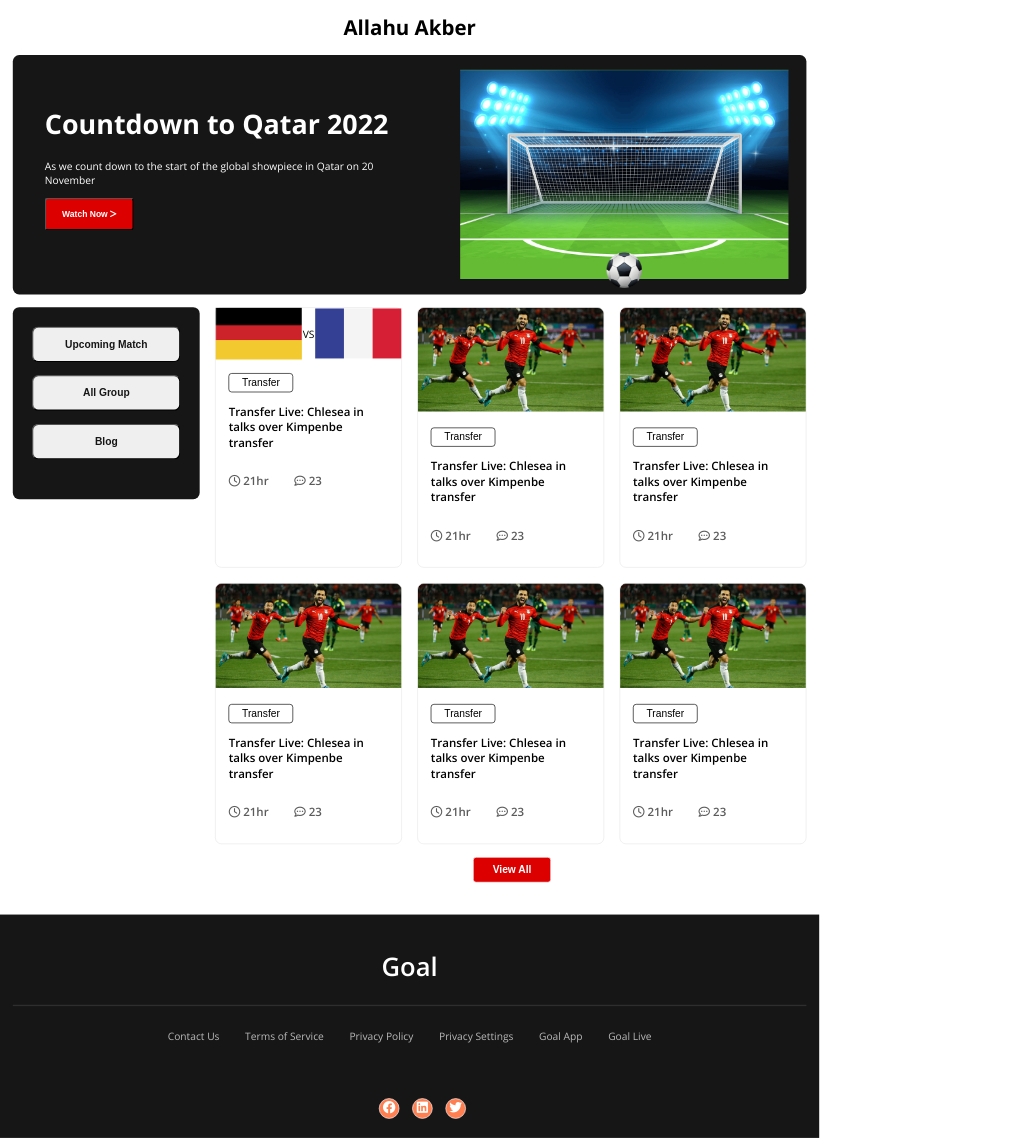
Repository: zjria/Qatar-world-cup
Page: match.html
These files come from the project's save history. The page is drawn as it stood at one moment and after the next save; the edit follows.
The browser window is 1280 px wide. The page is 1600 px wide, so the pictures cover 1600 px, including what lies to the right of the window. The pictures show the whole page, at 64% of full size.

Above is the page before, as saved 2022-09-10 10:04:06.

### match.html
<!DOCTYPE html>
<html lang="en">

<head>
    <meta charset="UTF-8">
    <meta http-equiv="X-UA-Compatible" content="IE=edge">
    <meta name="viewport" content="width=device-width, initial-scale=1.0">
    <title>QATAR WORLD CUP</title>
    <!-- Font Awesome CDN Link -->
    <link rel="stylesheet" href="https://cdnjs.cloudflare.com/ajax/libs/font-awesome/6.2.0/css/all.min.css"
        integrity="sha512-xh6O/CkQoPOWDdYTDqeRdPCVd1SpvCA9XXcUnZS2FmJNp1coAFzvtCN9BmamE+4aHK8yyUHUSCcJHgXloTyT2A=="
        crossorigin="anonymous" referrerpolicy="no-referrer" />
    <!-- Font Awesome CDN Link -->
    <link rel="stylesheet" href="https://cdnjs.cloudflare.com/ajax/libs/font-awesome/6.2.0/css/all.min.css"
        integrity="sha512-xh6O/CkQoPOWDdYTDqeRdPCVd1SpvCA9XXcUnZS2FmJNp1coAFzvtCN9BmamE+4aHK8yyUHUSCcJHgXloTyT2A=="
        crossorigin="anonymous" referrerpolicy="no-referrer" />
    <!-- Custom CSS -->
    <link rel="stylesheet" href="style.css">

</head>

<body>
    <h1 style="text-align:center;">Allahu Akber</h1>


    <!-- Header Section -->
    <header class="header-container">

        <div class="header-text">
            <h1>Countdown to Qatar 2022</h1>
            <p>As we count down to the start of the global showpiece in Qatar on 20 November</p>
            <button>Watch Now <i class="fa-solid fa-greater-than"></i> </button>
        </div>

        <div class="header-img">
            <marquee behavior="alternate" scrollamount="0" direction="">
                <marquee behavior="alternate" scrollamount="0" direction="">
                    <img src="images/Ball.png" class="ball" alt="">
                </marquee>

            </marquee>

        </div>


    </header>


    <!-- Nav Section start HTML -->
    <div class="nav-container">
        <nav class="nav-section">
            <div class="all-button">
                <button><a href="#">Upcoming Match</a></button>
                <button><a href="#">All Group</a></button>
                <button><a href="#">Blog</a></button>
            </div>
        </nav>

        <!-- Main Section Start HTML  -->
        <main class="main-section">
            <div class="transfer">
                <div class="match-vs">
                    <img src="images/germany Flag.png" alt=""> <span>VS</span>
                    <img src="images/Flag.png" alt="">
                </div>
                <div class="button-text">
                    <button>Transfer</button>
                    <p>Transfer Live: Chlesea in talks over Kimpenbe transfer</p>
                    <div class="icons">
                        <p><i class="fa-regular fa-clock"></i> <span>21hr</span></p>
                        <p><i class="fa-regular fa-comment-dots"></i> <span> 23</span></p>
                    </div>
                </div>
            </div>
            <div class="transfer">
                <img src="images/Blog Image.png" alt=""> <br>
                <div class="button-text">
                    <button>Transfer</button>
                    <p>Transfer Live: Chlesea in talks over Kimpenbe transfer</p>
                    <div class="icons">
                        <p><i class="fa-regular fa-clock"></i> <span>21hr</span></p>
                        <p><i class="fa-regular fa-comment-dots"></i> <span> 23</span></p>
                    </div>
                </div>
            </div>
            <div class="transfer">
                <img src="images/Blog Image.png" alt=""> <br>
                <div class="button-text">
                    <button>Transfer</button>
                    <p>Transfer Live: Chlesea in talks over Kimpenbe transfer</p>
                    <div class="icons">
                        <p><i class="fa-regular fa-clock"></i> <span>21hr</span></p>
                        <p><i class="fa-regular fa-comment-dots"></i> <span> 23</span></p>
                    </div>
                </div>
            </div>
            <div class="transfer">
                <img src="images/Blog Image.png" alt=""> <br>
                <div class="button-text">
                    <button>Transfer</button>
                    <p>Transfer Live: Chlesea in talks over Kimpenbe transfer</p>
                    <div class="icons">
                        <p><i class="fa-regular fa-clock"></i> <span>21hr</span></p>
                        <p><i class="fa-regular fa-comment-dots"></i> <span> 23</span></p>
                    </div>
                </div>
            </div>
            <div class="transfer">
                <img src="images/Blog Image.png" alt=""> <br>
                <div class="button-text">
                    <button>Transfer</button>
                    <p>Transfer Live: Chlesea in talks over Kimpenbe transfer</p>
                    <div class="icons">
                        <p><i class="fa-regular fa-clock"></i> <span>21hr</span></p>
                        <p><i class="fa-regular fa-comment-dots"></i> <span> 23</span></p>
                    </div>
                </div>
            </div>
            <div class="transfer">
                <img src="images/Blog Image.png" alt=""> <br>
                <div class="button-text">
                    <button>Transfer</button>
                    <p>Transfer Live: Chlesea in talks over Kimpenbe transfer</p>
                    <div class="icons">
                        <p><i class="fa-regular fa-clock"></i> <span>21hr</span></p>
                        <p><i class="fa-regular fa-comment-dots"></i> <span> 23</span></p>
                    </div>
                </div>
            </div>
        </main>
    </div>

    <!-- Only Table -->
    <div class="view-all">
        <Button>View All</Button>
    </div>

    <!-- Footer Section start -->
    <div class="footer-container">
        <div class="footer">
            <h2>Goal</h2>
            <hr>
            <div class="footer-text">
                <ul>
                    <li>Contact Us</li>
                    <li>Terms of Service</li>
                    <li>Privacy Policy</li>
                    <li>Privacy Settings</li>
                    <li>Goal App</li>
                    <li>Goal Live</li>
                </ul>
            </div>
        </div>
        <!-- Social Icons start -->
        <div class="social-icons">
            <ul>
                <li><a href="https://web.facebook.com/profile.php?id=100010388645936"><i
                            class="fa-brands fa-facebook"></i></a></li>
                <li><a href="https://www.linkedin.com/in/web-developer-zj/"><i class="fa-brands fa-linkedin"></i></a>
                </li>
                <li><a href="https://twitter.com/webdeveloper_zj"><i class="fa-brands fa-twitter"></i></a></li>
            </ul>
        </div>
    </div>
</body>

</html>

### style.css
/* Google Fonts Link */
@import url('https://fonts.googleapis.com/css2?family=Open+Sans:wght@300;400;500;600;700&family=Poppins:wght@500&family=Roboto:wght@100;300;400;500;700;900&display=swap');

body {
    font-family: 'Open Sans', sans-serif;
    margin: 0%;
    padding: 0%;
    background-color: white;
}

/* Header Section */

.header-container {
    display: flex;
    border-radius: 10px;
    margin-bottom: 130px;
    margin: 20px;
    background: #161616;
}

.header-container .header-text {
    color: #FFFFFF;
    padding: 50px;
    width: 50%;

}

.header-container .header-text h1 {
    font-size: 42px;
    bottom: 20px;
}

.header-container .header-text p {
    font-size: 16px;
}

.header-container .header-text button {
    background: #DD0000;
    border-radius: 5px;
    padding: 16px 25px;
    color: white;
    font-weight: 700;
}

.header-img {
    background: url(images/goal-bar.png);
    background-repeat: no-repeat;
    background-position: center;
    background-size: 90%;
    width: 50%;
}

.header-img .ball {
    justify-content: center;
    align-items: center;
    margin: 0 auto;
    display: flex;
    margin-top: 54%;
}

.header-img img {
    width: 10%;
}

.ball {
    transition: transform 0.3s ease-out;
}

.header-img:hover .ball {
    transform: rotate(90deg);
    transform: translate(280px, -50%);
    padding-top: -60px;
    transform: scale(0.5) translate(-100%, -100%) rotate(0.5turn);

}


/* Nav Section Start */

.nav-container {
    display: flex;
    margin: 20px;
}

.nav-section {
    background: #161616;
    border-radius: 10px;
    margin-right: 24px;
    width: 500px;
    height: 300px;
}

.all-button {
    display: flex;
    flex-direction: column;
    margin: 30px 30px 0px 30px;
}

.all-button button {
    padding: 17px;
    margin-bottom: 20px;
    border-radius: 10px;
    font-weight: 700;
    font-size: 16px;
}

.all-button button a {
    text-decoration: none;
    color: #161616;
}

.all-button button:hover {
    background-color: #DD0000;
    color: white;
}

/* Main Section */
.main-section {
    display: grid;
    grid-template-columns: repeat(3, 1fr);
    grid-column-gap: 24px;
    grid-row-gap: 24px;
}

.transfer {
    border: 1px solid #E8E8E8;
    border-radius: 10px;
}

.transfer .match-vs {
    display: flex;
    justify-content: center;
    align-items: center;
    text-align: center;
}

.button-text {
    padding: 20px;
}

.button-text button {
    padding: 5px 20px;
    border: 1px solid;
    border-radius: 5px;
    font-size: 16px;
    background-color: white;
}

.button-text p {
    font-size: 18px;
    font-weight: 600;
}

.transfer img {
    width: 100%;
}

.container .nav-section {
    width: 312px;
}

.icons {
    display: flex;
    color: rgba(22, 22, 22, 0.7);
    font-size: 16px;
}

.icons p {
    margin-right: 40px;
}

/* Only Table */
.view-all {
    display: flex;
    justify-content: center;
    margin: 0 auto;
    margin-right: -25%;
}

.view-all button {
    padding: 10px 30px;
    border: 1px solid;
    border-radius: 5px;
    font-size: 16px;
    color: white;
    background-color: #DD0000;
    font-weight: 700;
}



/* Footer Container style start */
.footer-container {
    width: 100%;
    background: #161616;
    margin-top: 50px;
}

.footer hr {
    border: 1px solid rgba(255, 255, 255, 0.1);

}

.footer {
    text-align: center;
    justify-content: center;
    align-items: center;
    margin: 0 auto;
    padding: 20px 0px;
}

.footer hr {
    margin: 0px 20px;
}

.footer-container h2 {
    color: #FFFFFF;
    font-weight: 600;
    font-size: 40px;

}

.footer-container .footer-text {
    color: #FFFFFF;
    text-align: center;
    justify-content: center;
    align-items: center;

}

.footer-container .footer-text ul {
    display: flex;
    text-align: center;
    justify-content: center;
    align-items: center;
    /* margin: 0px 20px; */
    padding: 0px;
}

.footer-container .footer-text ul li {
    text-decoration: none;
    list-style: none;
    margin: 20px 20px;
    color: #B9B9B9;
    font-size: 16px;
}

/* Social Icons style start */
.social-icons {
    color: white;
    font-size: 20px;
    margin: 0 auto;
    text-align: center;
    justify-content: center;
    align-items: center;
    display: flex;
}

.social-icons ul {
    display: flex;
}

.social-icons ul li {
    background-color: coral;
    border-radius: 50%;
    width: 30px;
    height: 30px;
    border: 1px solid ghostwhite;
    list-style: none;
    margin: 10px;

}

.social-icons ul li a {
    color: white;
}

After the next save:
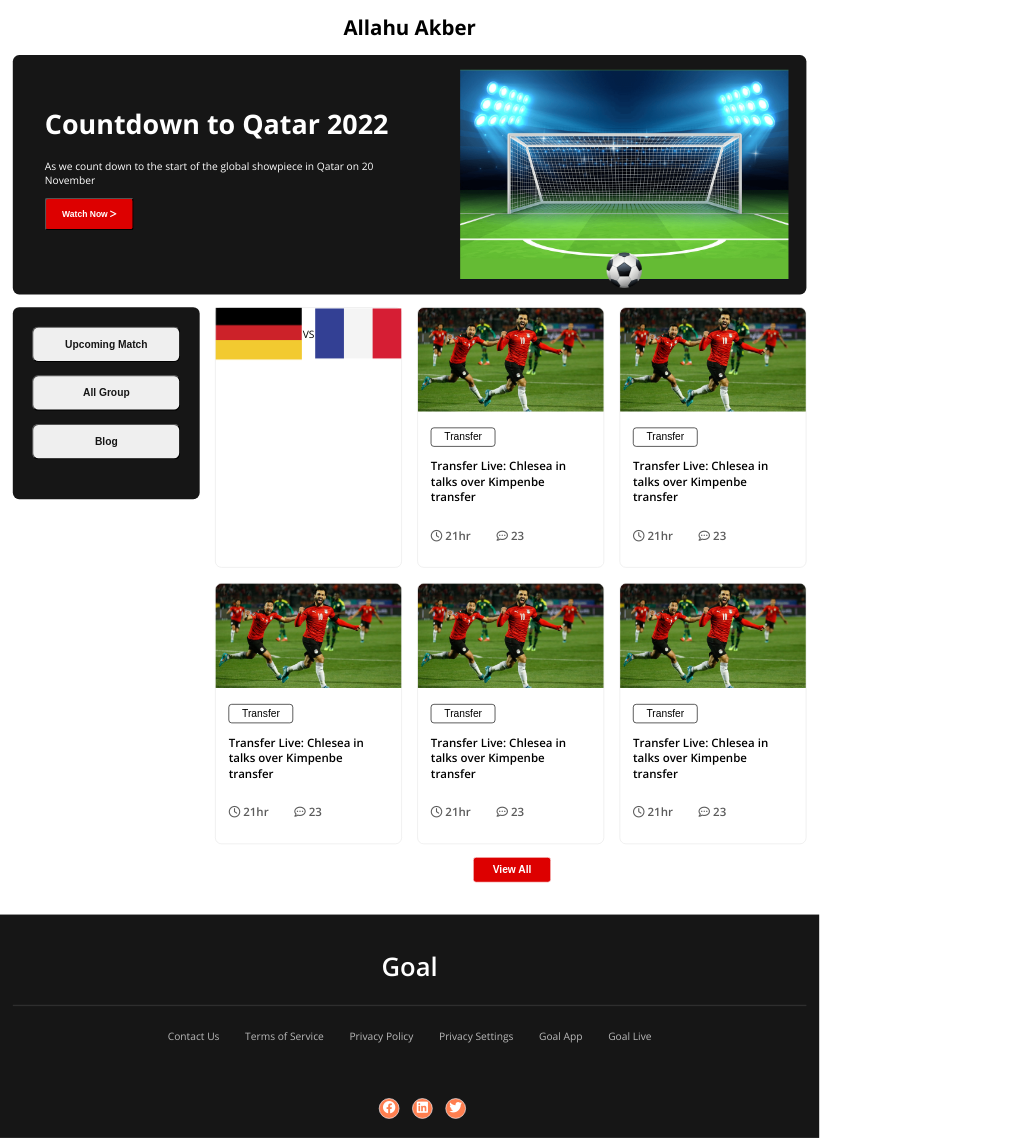
Saved 46 s later.
--- a/match.html
+++ b/match.html
@@ -63,14 +63,9 @@
                     <img src="images/germany Flag.png" alt=""> <span>VS</span>
                     <img src="images/Flag.png" alt="">
                 </div>
-                <div class="button-text">
-                    <button>Transfer</button>
-                    <p>Transfer Live: Chlesea in talks over Kimpenbe transfer</p>
-                    <div class="icons">
-                        <p><i class="fa-regular fa-clock"></i> <span>21hr</span></p>
-                        <p><i class="fa-regular fa-comment-dots"></i> <span> 23</span></p>
-                    </div>
-                </div>
+
+
+
             </div>
             <div class="transfer">
                 <img src="images/Blog Image.png" alt=""> <br>
